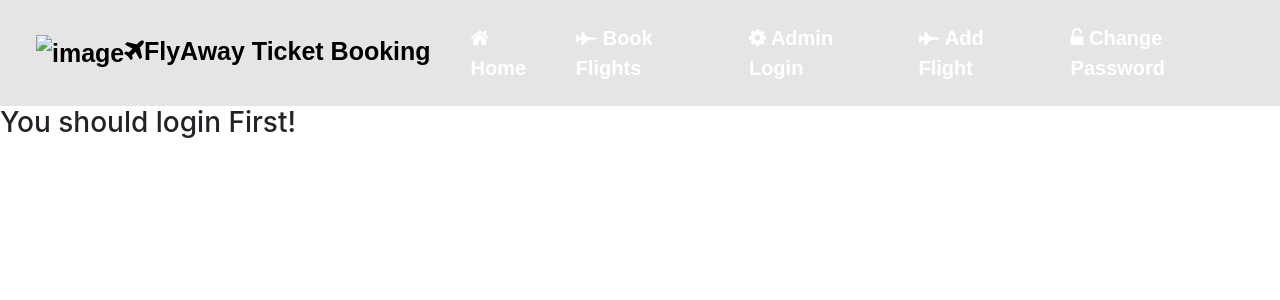
Repository: sayrabano/Phase2-project
Page: http://localhost/FlyAway/adminDashboard.jsp
The author's editor kept a copy of each file at every save. The page is drawn from the files as they stood at one save, then again after the next save.
The browser window is 1280 px wide. The pictures show the whole page.
Some web fonts or font styles are not loaded; a fallback is used. The page is served by Tomcat 9.

Above is the page before, as saved 2021-09-26 12:53:19.
Not found: FlyAway/FlyAway/Images/travle.png

After the next save:
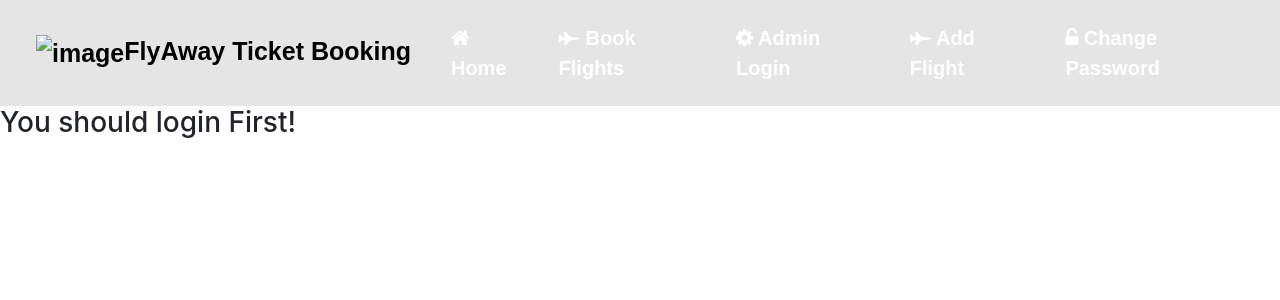
Saved 76 s later.
--- a/FlyAway/src/main/webapp/adminDashboard.jsp
+++ b/FlyAway/src/main/webapp/adminDashboard.jsp
@@ -39,8 +39,7 @@ ResultSet resultSet = null;
 
 
 
-		<a class="navbar-brand" id="tag"><img src="Images/travle.png" class="img-fluid" alt="image" width="18%"><i class="fa fa-plane"
-			aria-hidden="true"></i>FlyAway Ticket Booking</a>
+		<a class="navbar-brand" id="tag"><img src="Images/travle.png" class="img-fluid" alt="image" width="18%">FlyAway Ticket Booking</a>
 
 
 		<div class="collapse navbar-collapse" id="navbarSupportedContent">
